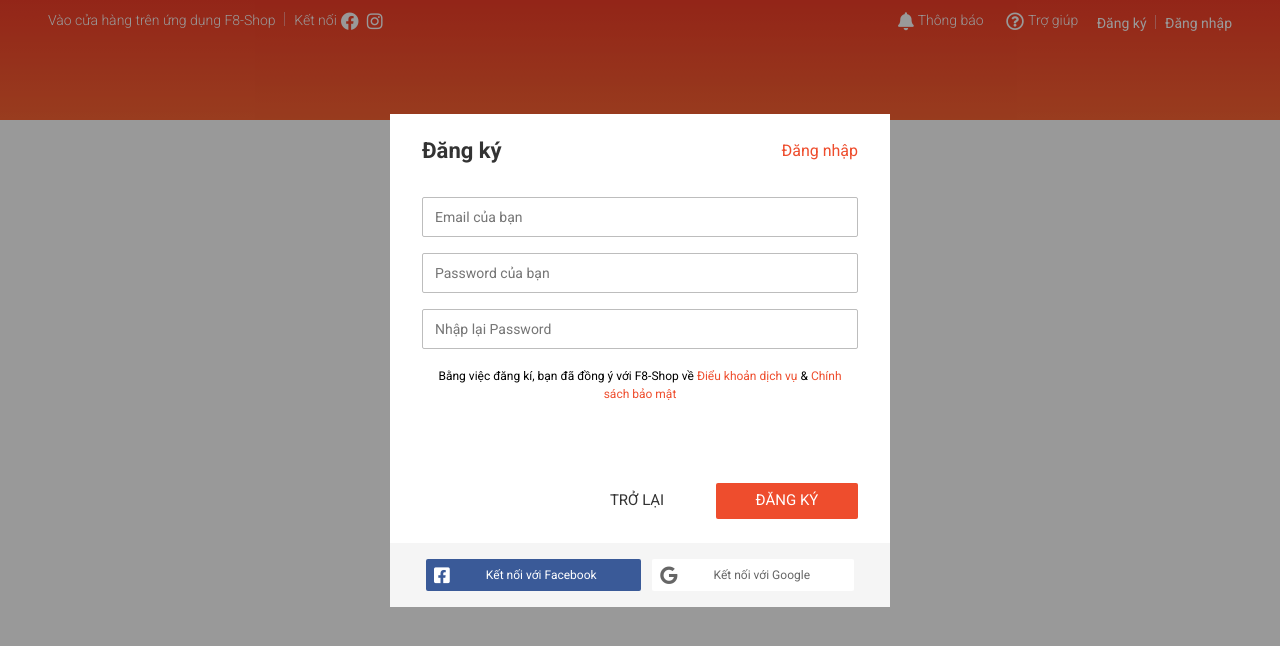
Repository: tvhoangit/tvhoangit.github.io
Page: Shoppe/index.html
The author's editor kept a copy of each file at every save. The page is drawn from the files as they stood at one save, then again after the next save.
The browser window is 1280 px wide. The pictures show the whole page.

Above is the page before, as saved 2021-10-17 11:55:47.

### Shoppe/index.html
<!DOCTYPE html>
<html lang="en">
<head>
    <meta charset="UTF-8">
    <meta http-equiv="X-UA-Compatible" content="IE=edge">
    <meta name="viewport" content="width=device-width, initial-scale=1.0">
    <title>Document</title>
    <link rel="stylesheet" href="https://cdnjs.cloudflare.com/ajax/libs/normalize/8.0.1/normalize.min.css">
    <link rel="stylesheet" href="./assets/css/base.css">
    <link rel="stylesheet" href="./assets/css/main.css">
    <link rel="stylesheet" href="./assets/fonts/fontawesome-free-5.15.4-web/fontawesome-free-5.15.4-web/css/all.min.css">
    <link href="https://fonts.googleapis.com/css2?family=Open+Sans&family=Roboto:wght@300;400;500;700;900&display=swap" rel="stylesheet">
</head>
<body>

    <div class="app">
        <header class="header">
            <div class="grid">
                <nav class="header__navbar">
                    <ul class="header__navbar-list">
                        <li class="header__navbar-item header__navbar-item--qr header__navbar-item--separate">
                            Vào cửa hàng trên ứng dụng F8-Shop
                            <div class="header__qr">
                                <img src="./assets/img/QR.png" alt="QR code" class="header__qr-img">
                                <div class="header__qr-apps">
                                    <a href="" class="header__qr-link">
                                        <img src="./assets/img/gg_play.jpg" alt="GG Play" class="header__qr-dowload-img">
                                    </a>
                                    <a href="" class="header__qr-link">
                                        <img src="./assets/img/apstore.jpg" alt="ApStore" class="header__qr-dowload-img">
                                    </a>
                                </div>
                            </div>
                        </li>
                        <li class="header__navbar-item">
                            <span class="header__navbar-title--no-pointer">Kết nối</span>
                            <a href="" class="header__navbar-icon-link">
                                <i class="header__navbar--icon fab fa-facebook"></i>
                            </a>
                            <a href="" class="header__navbar-icon-link">
                                <i class="header__navbar--icon fab fa-instagram"></i>
                            </a>
                        </li>
                    </ul>

                    <ul class="header__navbar-list">
                        <li class="header__navbar-item header__navbar-item--has-notify">
                            <i class="header__navbar--icon fas fa-bell"></i>
                            <a href="" class="header__navbar-item-link">Thông báo</a>
                            <div class="header__notify">
                                <header class="header__notify--header">
                                    <h3>Thông báo mới nhận</h3>
                                </header>
                                <ul class="header__notify-list">
                                    <li class="header__notify-item header__notify-item--viewed">
                                        <a href="" class="header__notify-link">
                                            <span>
                                                <img src="./assets/img/myphamohui.png" alt="" class="header__notify-img">
                                            </span>
                                            <div class="header__notify-info">
                                                <span class="header__notify-name">Mỹ phẩm Ohui chính hãng</span>
                                                <span class="header__notify-description">Mô tả</span>
                                            </div>
                                        </a>
                                    </li>
                                    <li class="header__notify-item">
                                        <a href="" class="header__notify-link">
                                            <span>
                                                <img src="./assets/img/myphamohui.png" alt="" class="header__notify-img">
                                            </span>
                                            <div class="header__notify-info">
                                                <span class="header__notify-name">Mỹ phẩm Ohui chính hãng</span>
                                                <span class="header__notify-description">Mô tả</span>
                                            </div>
                                        </a>
                                    </li>
                                    <li class="header__notify-item">
                                        <a href="" class="header__notify-link">
                                            <span>
                                                <img src="./assets/img/myphamohui.png" alt="" class="header__notify-img">
                                            </span>
                                            <div class="header__notify-info">
                                                <span class="header__notify-name">Mỹ phẩm Ohui chính hãng</span>
                                                <span class="header__notify-description">Mô tả</span>
                                            </div>
                                        </a>
                                    </li>
                                </ul>
                                <div class="header__notify-footer">
                                    <a href="" class="header__notify-footer-btn">Xem tất cả</a>
                                </div>
                            </div>
                        </li>
                        <li class="header__navbar-item">
                            <i class="header__navbar--icon far fa-question-circle"></i>
                            <a href="" class="header__navbar-item-link">Trợ giúp</a>
                        </li>
                        <li class="header__navbar-item header__navbar-item--strong header__navbar-item--separate">Đăng ký</li>
                        <li class="header__navbar-item header__navbar-item--strong">Đăng nhập</li>
                    </ul>
                </nav>
            </div>
        </header>
    </div>
    <div class="container">


    </div>
    <div class="footer">

    </div>


    <!-- Form Đăng ký đăng nhập -->
    <div class="modal">
        <div class="modal__overlay">

        </div>
        <div class="modal__body">
                <!-- authen form -->
            <div class="auth-form">
                <div class="auth-form__container">
                    <div class="auth-form__header">
                        <h3 class="auth-form__heading">Đăng ký</h3>
                        <span class="auth-form__switch-btn">Đăng nhập</span>
                    </div>
                    <div class="auth-form__form">
                        <div class="auth-form__group">
                            <input type="text" class="auth-form__input" placeholder="Email của bạn">
                        </div>
                        <div class="auth-form__group">
                            <input type="password" class="auth-form__input" placeholder="Password của bạn">
                        </div>
                        <div class="auth-form__group">
                            <input type="password" class="auth-form__input" placeholder="Nhập lại Password">
                        </div>
                    </div>
                    <div class="auth-form__aside">
                        <p class="auth-form__policy-text">
                            Bằng việc đăng kí, bạn đã đồng ý với F8-Shop về
                            <a href="" class="auth-form__text-link">Điểu khoản dịch vụ </a>&
                            <a href="" class="auth-form__text-link">Chính sách bảo mật</a>
                        </p>
                    </div>
                    <div class="auth-form__controls">
                        <button class="btn auth-form__controls-back btn-normal">TRỞ LẠI</button>
                        <button class="btn btn--primary">ĐĂNG KÝ</button>
                    </div>
                </div>
                <div class="auth-form__socials">
                    <a href="" class="btn btn--size-s btn--width-icon auth-form__socials--facebook">
                        <i class="auth-form__socials-icon fab fa-facebook-square"></i>
                        <span class="auth-form__socials-title">
                            Kết nối với Facebook
                        </span>
                    </a>
                    <a href="" class="btn btn--size-s btn--width-icon auth-form__socials--google">
                        <i class="auth-form__socials-icon fab fa-google"></i>
                        <span class="auth-form__socials-title">
                            Kết nối với Google
                        </span>
                    </a>
                </div>
            </div>
        </div>
    </div>

</body>
</html>

### Shoppe/assets/css/base.css
:root{
    --primary-color: #EE4D2D;
    --white-color: #fff;
    --black-color: #000;
    --text-color: #333;
    --border-color: #bdbdbd;
}

*{
    box-sizing: inherit;
}

html{
    font-size: 62.5%;
    line-height: 1.6rem;
    font-family: 'Roboto', sans-serif;
    box-sizing: border-box;
}

.grid{
    width: 1200px;
    max-width: 100%;
    margin: 0 auto;
}

.grid__full-width{
    width: 100%;
}

.grid__row{
    display: flex;
    flex-wrap: wrap;
}

/* Animation */
@keyframes fadeIn {
    from {
        opacity: 0;
    }
    to {
        opacity: 1;
    }
}
/* Modal */
.modal {
    position: fixed;
    top: 0;
    right: 0;
    bottom: 0;
    left: 0;
    display: flex;
}
.modal__overlay {
    position: absolute;
    width: 100%;
    height: 100%;
    background-color: rgba(0, 0, 0, 0.4);
}
.modal__body {
    background-color: var(--white-color);
    margin: auto;
    position: relative;
    z-index: 1;
}

/* button style */
.btn {
    min-width: 142px;
    height: 36px;
    text-decoration: none;
    border: none;
    border-radius: 2px;
    font-size: 1.5rem;
    padding: 0 12px;
    background-color: var(--white-color);
    outline: none;
    cursor: pointer;
    color: var(--text-color);
    display: flex;
    align-items: center;
    justify-content: center;
}
.btn.btn-normal:hover {
    background-color: rgba(0, 0, 0, 0.05);
}
.btn.btn--size-s{
    height: 32px;
    font-size: 1.2rem;
    padding: 0 8px;
}
.btn.btn--primary {
    background-color: var(--primary-color);
    color: var(--white-color);
}
.btn.btn--disabled {
    color: #949494;
    cursor: default;
    background-color: #c3c3c3;
}

### Shoppe/assets/css/main.css
.header {
    height: 120px;
    background-image: linear-gradient(0, #fe6433, #f53e28);
}
.header__navbar {
    display: flex;
    justify-content: space-between;
    padding-top: 8px;
}
.header__navbar-list {
    list-style: none;
    padding-left: 0;
    margin-top: 4px;
}
.header__navbar-item {
    display: inline-block;
    margin: 0 8px 0px 8px;
    position: relative;
    min-height: 26px;
}
.header__navbar-item--qr:hover .header__qr {
    display: block;
}
.header__navbar-item--has-notify:hover .header__notify {
    display: block;
}
.header__navbar-item,
.header__navbar-item-link {
    font-size: 1.4rem;
    color: var(--white-color);
    text-decoration: none;
    font-weight: 300;
}
.header__navbar-item:hover,
.header__navbar-icon-link:hover,
.header__navbar-item-link:hover {
    color: rgba(255, 255, 255, 0.7);
    cursor: pointer;
}
.header__navbar-item,
.header__navbar-item-link,
.header__navbar-icon-link{
    display: inline-flex;
    text-align: center;
}
.header__navbar-item--strong {
    font-weight: 400;
}
.header__navbar-item--separate::after {
    content: "";
    display: block;
    position: absolute;
    border-left: 1px solid #FB9086;
    height: 14px;
    right: -9px;
    top: 25%;
    transform: translateY(-50%);
}
.header__navbar-icon-link {
    color: var(--white-color);
    text-decoration: none;
}
.header__navbar--icon {
    font-size: 1.8rem;
    margin: 0 4px;
}
.header__navbar-title--no-pointer {
    cursor: text;
    color: var(--white-color);
}
.header__qr {
    width: 186px;
    background-color: var(--white-color);
    position: absolute;
    left: 0;
    top: 100%;
    padding: 8px;
    border-radius: 2px;
    display: none;
    animation: fadeIn ease 0.3s;
}
.header__qr-img {
    width: 100%;
}
.header__qr-apps {
    display: flex;
    justify-content: space-between;
}
.header__qr-link {
    margin: 0px 11px;
}
.header__qr-dowload-img {
    height: 15px;
}

/* Header notification */
.header__notify {
    position: absolute;
    top: 100%;
    width: 404px;
    right: 0;
    border: 1px solid #D3D3D3;
    background-color: var(--white-color);
    cursor: default;
    /* lấy tâm để dịch chuyển */
    transform-origin: calc(100% - 20px) top;
    animation: headerNotifyGrowth ease-in 0.2s;
    /* nói cho web biết thuộc tính gì sẽ thay đổi để tối ưu hơn */
    will-change: opacity, transform;
    display: none;
}
.header__notify::before {
    content: "";
    border-width: 20px 27px;
    border-style: solid;
    border-color: transparent transparent var(--white-color) transparent;
    position: absolute;
    right: 4px;
    top: -30px;
}
@keyframes headerNotifyGrowth {
    from {
        opacity: 0;
        transform: scale(0);
    }
    to {
        opacity: 1;
        transform: scale(1);
    }
}
.header__notify--header {
    height: 40px;
    background-color: var(--white-color);
    margin-top: -15px;
}
.header__notify--header h3 {
    color: #999;
    margin-right: 237px;
    font-weight: 400;
    font-size: 1.5rem;
    line-height: 40px;

}
.header__notify-list {
    padding-left: 0;
}
.header__notify-item {
    display: flex;
}
.header__notify-item:hover {
    background-color: #f7f7f7;
}
.header__notify-item--viewed {
    background-color: rgba(238,75,43,0.08);
}
.header__notify-link {
    display: flex;
    width: 100%;
    padding: 12px;
    text-decoration: none;
}
.header__notify-img {
    width: 48px;
}
.header__notify-info {
    margin-left: 12px;
}
.header__notify-name {
    display: block;
    font-size: 1.4rem;
    color: var(--text-color);
    font-weight: 400;
    line-height: 1.8rem;
}
.header__notify-description {
    display: block;
    font-size: 1.2rem;
    line-height: 1.6rem;
    color: #756F6E;
    text-align: left;
    margin-top: 4px;;
}
.header__notify-footer {
    height: 40px;
}
.header__notify-footer-btn {
    text-decoration: none;
    line-height: 40px;
    color: var(--text-color);
    padding: 8px 32px;
    font-weight: 400;
}

/* Authen modal */
.auth-form {
    width: 500px;
}
.auth-form__container {
    padding: 0 32px;
}
.auth-form__header {
    display: flex;
    align-items: center;
    justify-content: space-between;
    padding-top: 7px;
}
.auth-form__heading {
    font-size: 2.2rem;
    font: weight 400px;
    color: var(--text-color);
}
.auth-form__switch-btn {
    font-size: 1.6rem;
    color: var(--primary-color);
    font-weight: 400;
    cursor: pointer;
}
.auth-form__form {
}
.auth-form__input {
    width: 100%;
    height: 40px;
    margin-top: 16px;
    padding: 0 12px;
    font-size: 1.4rem;
    border: 1px solid var(--border-color);
    border-radius: 2px;
    outline: none;
}
.auth-form__input:focus {
    border-color: #888;
}
.auth-form__aside {
    margin-top: 18px;
}
.auth-form__policy-text {
    font-size: 1.2rem;
    line-height: 1.8rem;
    text-align: center;
    padding: 0 12px;
}
.auth-form__text-link {
    text-decoration: none;
    color: var(--primary-color);
}
.auth-form__controls {
    margin-top: 80px;
    display: flex;
    justify-content: flex-end;
}
.auth-form__controls-back {
    margin-right: 8px;
}
.auth-form__socials {
    background-color: #F5F5F5;
    padding: 16px 36px;
    display: flex;
    justify-content: space-between;
    margin-top: 24px;
}
.auth-form__socials-icon {
    font-size: 1.8rem;
}
.auth-form__socials--facebook {
    background-color: #3A5A98;
    color: var(--white-color);
}
.auth-form__socials--facebook
.auth-form__socials--icon {
    color: var(--white-color);
}
.auth-form__socials-title {
    margin: 0 36px;
}
.auth-form__socials--google {
    background-color: var(--white-color);
    color: #666;
}

Loaded but not shown: Shoppe/assets/fonts/fontawesome-free-5.15.4-web/fontawesome-free-5.15.4-web/css/all.min.css (library)

After the next save:
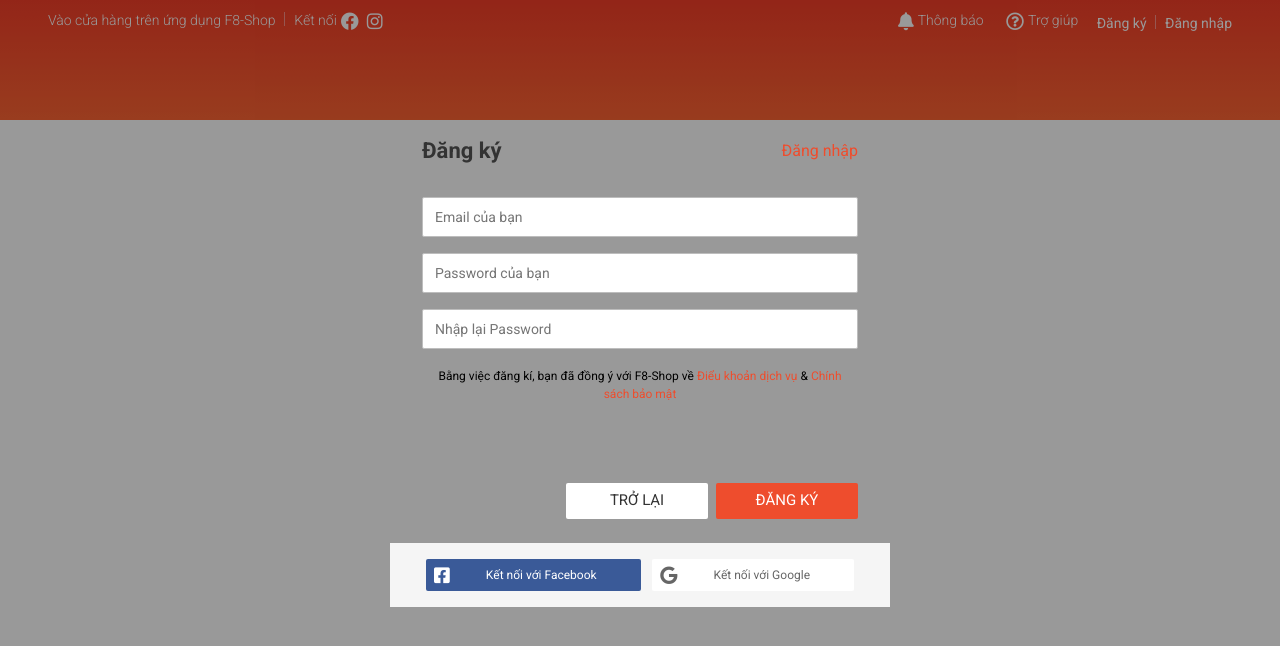
Saved 20 s later.
--- a/Shoppe/assets/css/base.css
+++ b/Shoppe/assets/css/base.css
@@ -57,7 +57,6 @@
     background-color: rgba(0, 0, 0, 0.4);
 }
 .modal__body {
-    background-color: var(--white-color);
     margin: auto;
     position: relative;
     z-index: 1;

After the save that followed:
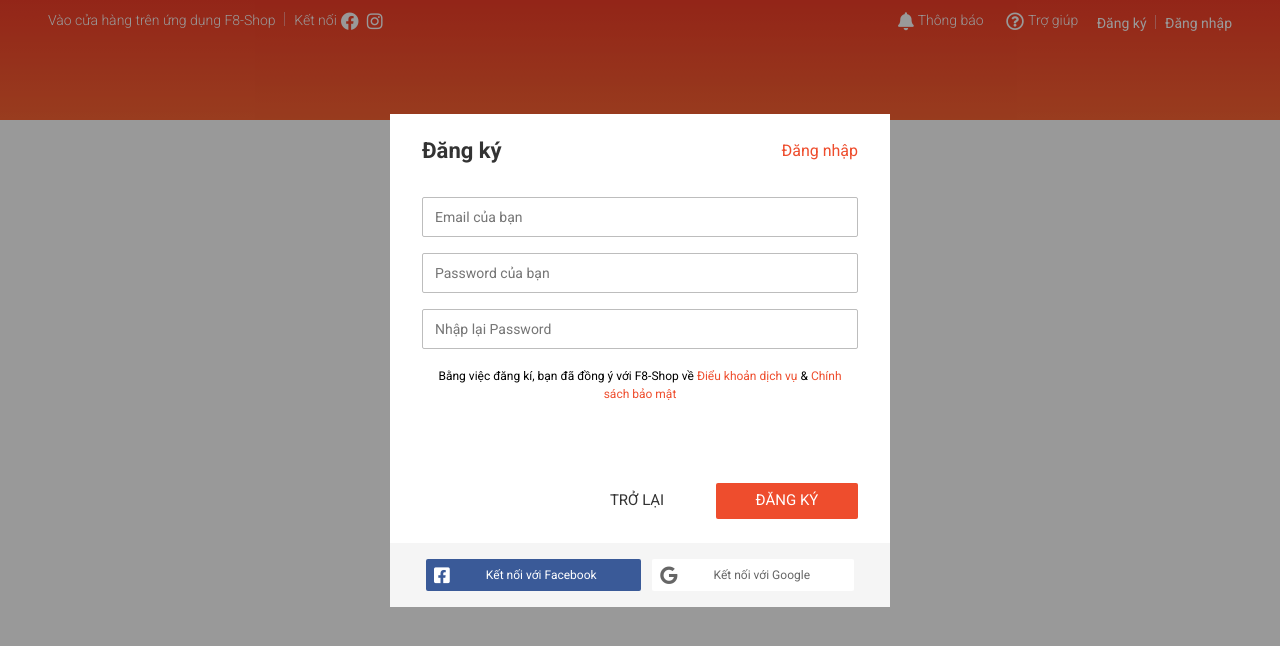
Saved 18 s later.
--- a/Shoppe/assets/css/main.css
+++ b/Shoppe/assets/css/main.css
@@ -194,6 +194,7 @@
 /* Authen modal */
 .auth-form {
     width: 500px;
+    background-color: var(--white-color);
 }
 .auth-form__container {
     padding: 0 32px;
